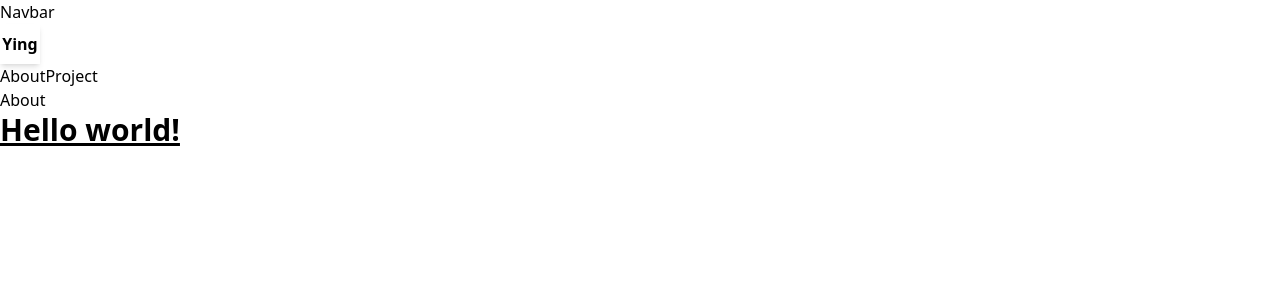
Repository: YingCG/plantmode-weather
Page: /about
An editor plug-in stored every save of this project. The page is shown before and after the next save, followed by the edit.
The browser window is 1280 px wide. The pictures show the whole page.
The project was rebuilt for these pictures with package versions that can differ from the ones it lists, and the page was loaded fresh each time. Also part of the build but not shown: vite.config.js.

Above is the page before, as saved 2024-02-05 11:43:01.

After the next save:
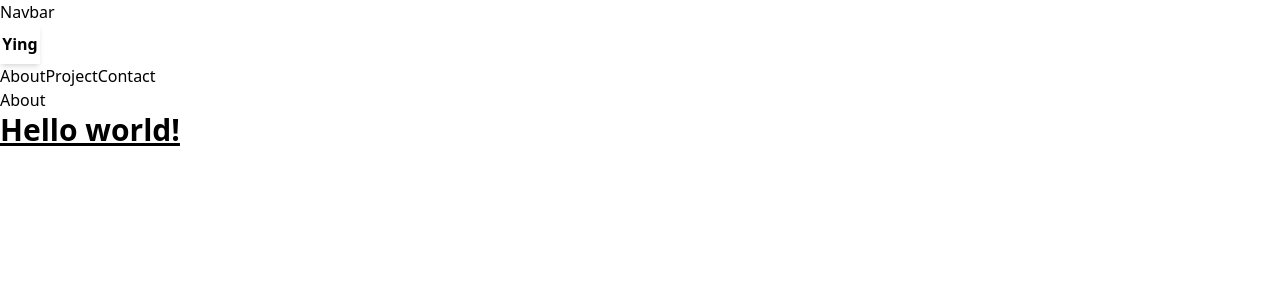
Saved 10 s later.
--- a/src/components/Navbar.jsx
+++ b/src/components/Navbar.jsx
@@ -12,6 +12,7 @@ const Navbar = () => {
       </NavLink>
       <NavLink to="/about">About</NavLink>
       <NavLink to="/projects">Project</NavLink>
+      <NavLink to="/contact">Contact</NavLink>
     </header>
   );
 };
